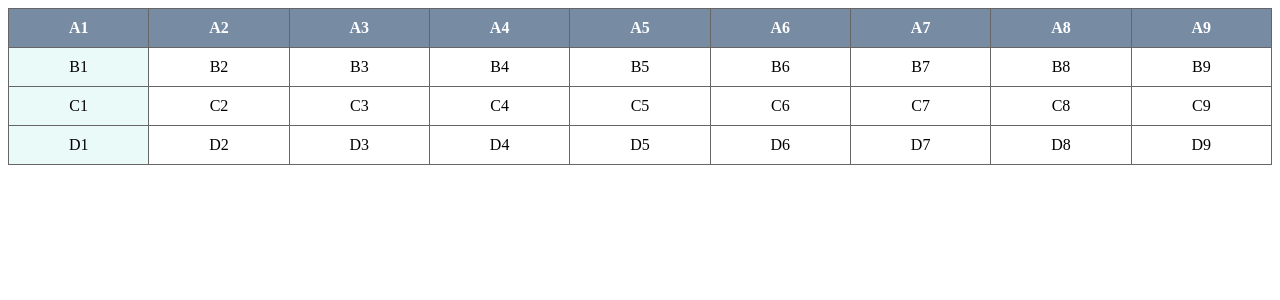
Repository: terasaki-yoshiaki/java-task4
Page: http://localhost/InventoryList
These files come from the project's save history. The page is drawn as it stood at one moment and after the next save; the edit follows.
The browser window is 1280 px wide. The pictures show the whole page.
The page is this project's Thymeleaf template; nobody is signed in. The template is opened directly, without the code that normally fills it, so the values that code supplies are empty.

Above is the page before, as saved 2024-08-29 09:23:37.

### Inventory/src/main/resources/templates/InventoryList.html
<!DOCTYPE html>
<html>
<head>
<meta charset="UTF-8">
<title>帳簿</title>
<style>
	.design08 {
		 width: 100%;
		 text-align: center;
		 border-collapse: collapse;
		 border-spacing: 0;
		}
		.design08 th {
		 padding: 10px;
		 background: #778ca3;
		 border: solid 1px #666666;
		 color: #ffffff;
		}
		.design08 td {
		 padding: 10px;
		 border: solid 1px #666666;
		}
		.design08 td:first-child {
		 background: #e9faf9;
		}
	</style>
	</head>
<body>
	<table class="design08">
	 <tr>
	  <th>A1</th>
	  <th>A2</th>
	  <th>A3</th>
	  <th>A4</th>
	  <th>A5</th>
	  <th>A6</th>
	  <th>A7</th>
	  <th>A8</th>
	  <th>A9</th>
	  </tr>
	 <tr>
	  <td>B1</td>
	  <td>B2</td>
	  <td>B3</td>
	  <td>B4</td>
	  <td>B5</td>
	  <td>B6</td>
	  <td>B7</td>
	  <td>B8</td>
	  <td>B9</td>
	 </tr>
	 <tr>
	  <td>C1</td>
	  <td>C2</td>
	  <td>C3</td>
	  <td>C4</td>
	  <td>C5</td>
	  <td>C6</td>
	  <td>C7</td>
	  <td>C8</td>
	  <td>C9</td>
	 </tr>
	 <tr>
	  <td>D1</td>
	  <td>D2</td>
	  <td>D3</td>
	  <td>D4</td>
	  <td>D5</td>
	  <td>D6</td>
	  <td>D7</td>
	  <td>D8</td>
	  <td>D9</td>
	 </tr>
	</table>
	</body>
</html>

After the next save:
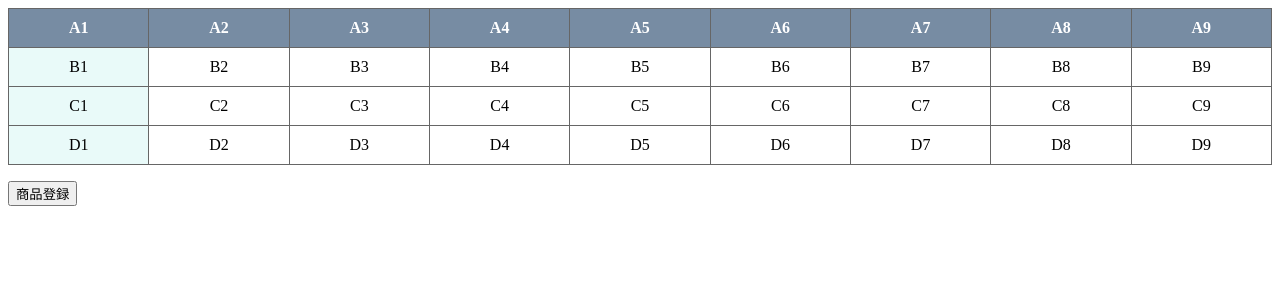
Saved 21 s later.
--- a/Inventory/src/main/resources/templates/InventoryList.html
+++ b/Inventory/src/main/resources/templates/InventoryList.html
@@ -72,5 +72,7 @@
 	  <td>D9</td>
 	 </tr>
 	</table>
+
+	<p><input type="submit" id="b1" value="商品登録" onclick="check()" formaction="/create"></p>
 	</body>
 </html>
